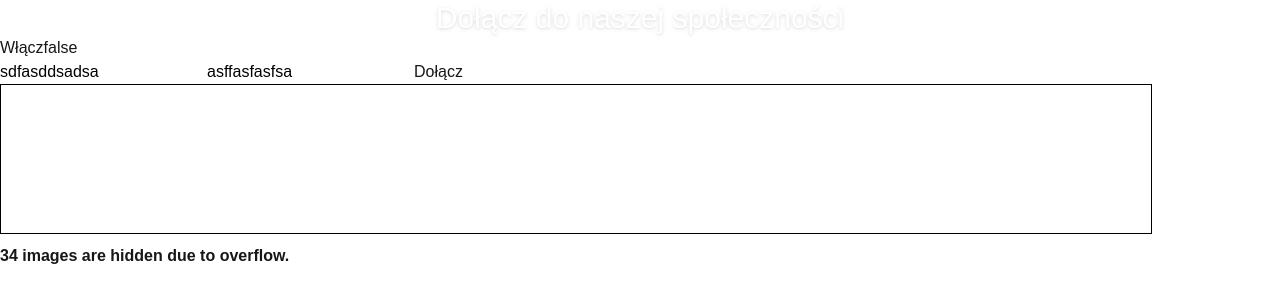
Repository: wesiudev/form-next-example
Page: /overflow-example
These files come from the project's save history. The page is drawn as it stood at one moment and after the next save; the edit follows.
The browser window is 1280 px wide. The pictures show the whole page.
The project was rebuilt for these pictures with package versions that can differ from the ones it lists, and the page was loaded fresh each time. The framework's server and built-in components were replaced by stand-ins that run in the browser. Also part of the build but not shown: next.config.mjs.

Above is the page before, as saved 2024-09-11 01:26:12.

After the next save:
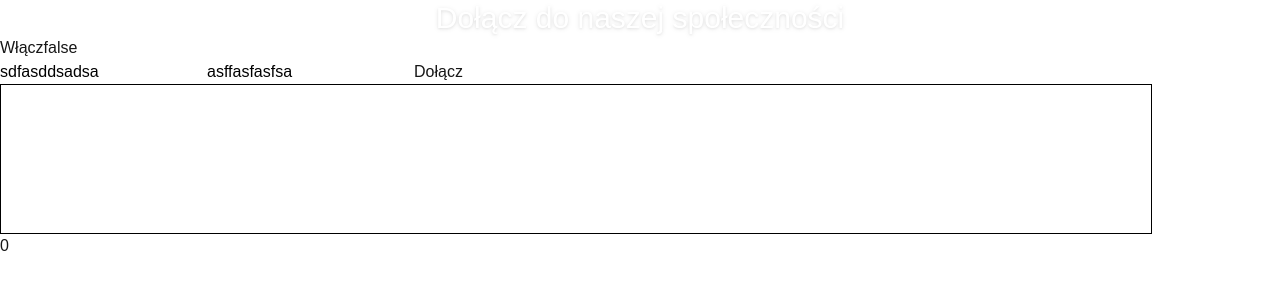
Saved 27 s later.
--- a/app/overflow-example/page.tsx
+++ b/app/overflow-example/page.tsx
@@ -122,13 +122,7 @@
         ))}
       </div>
 
-      {/* Display number of hidden images if there are any */}
-      {hiddenImages > 0 && (
-        <div style={{ marginTop: "10px", fontWeight: "bold" }}>
-          {hiddenImages} image{hiddenImages > 1 ? "s" : ""} are hidden due to
-          overflow.
-        </div>
-      )}
+      {catImages?.length - hiddenImages}
     </div>
   );
 };

After the 2 saves that followed:
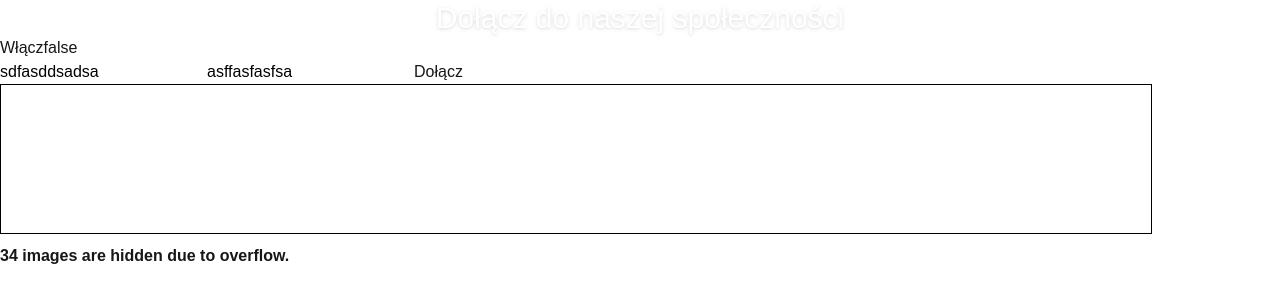
The 2 saves are shown as one change because 1 left the picture as it was.
The last was saved 45 s later.
--- a/app/overflow-example/page.tsx
+++ b/app/overflow-example/page.tsx
@@ -112,7 +112,7 @@
                 src={imgSrc}
                 alt={`Cat ${index}`}
                 style={{
-                  width: "150px",
+                  width: "auto",
                   height: "150px",
                   margin: "5px",
                 }}
@@ -122,7 +122,13 @@
         ))}
       </div>
 
-      {catImages?.length - hiddenImages}
+      {/* Display number of hidden images if there are any */}
+      {hiddenImages > 0 && (
+        <div style={{ marginTop: "10px", fontWeight: "bold" }}>
+          {hiddenImages} image{hiddenImages > 1 ? "s" : ""} are hidden due to
+          overflow.
+        </div>
+      )}
     </div>
   );
 };
